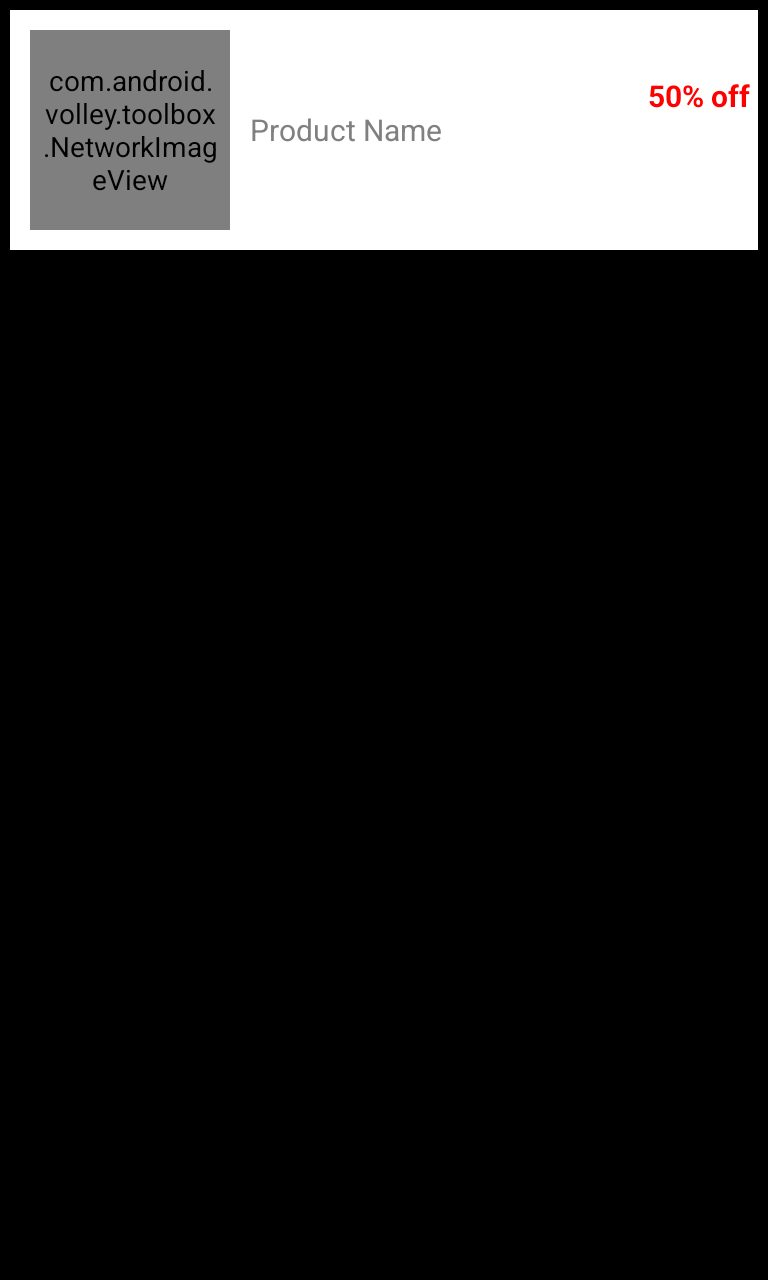
Repository: thisisdemo333/BigDiscount
Layout: BigDiscounts/res/layout/view_lv_search_list.xml
These files come from the project's save history. The layout is drawn as it stood at one moment and after the next save; the edit follows.
Pictures or frames that could not be fetched are drawn as grey boxes. It is drawn on a 768 x 1280 px phone screen (xhdpi) without system bars, with theme AppTheme; the app's code is not run.

Above is the layout before, as saved 2015-05-10 16:31:20.

After the next save:
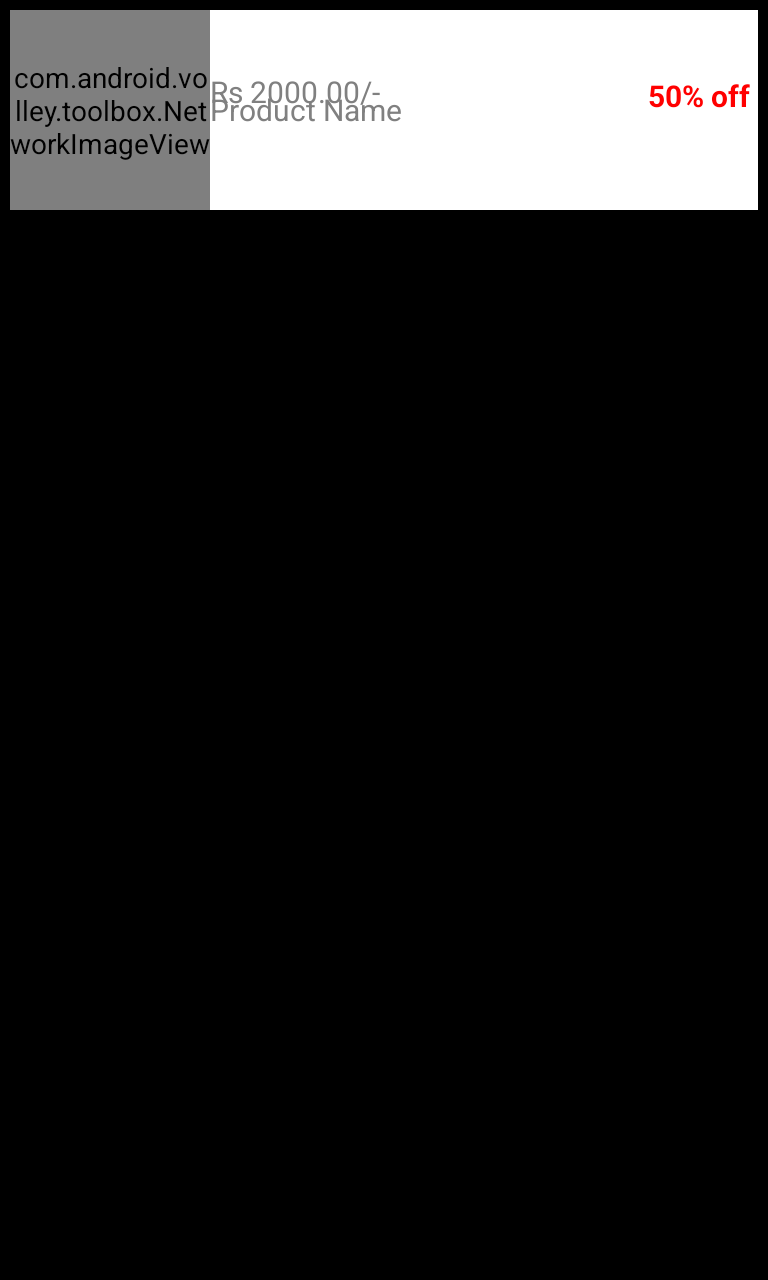
Saved 106 s later.
--- a/BigDiscounts/res/layout/view_lv_search_list.xml
+++ b/BigDiscounts/res/layout/view_lv_search_list.xml
@@ -3,8 +3,8 @@
     android:layout_width="match_parent"
     android:layout_height="wrap_content"
     android:background="@color/Black"
-    android:padding="@dimen/padding_5dp"
-    android:orientation="vertical" >
+    android:orientation="vertical"
+    android:padding="@dimen/padding_5dp" >
 
     <RelativeLayout
         android:id="@+id/relativeLayout"
@@ -27,11 +27,10 @@
                 android:id="@+id/iv_product_image"
                 android:layout_width="@dimen/dimen_search_item_image"
                 android:layout_height="@dimen/dimen_search_item_image"
-                android:layout_margin="@dimen/margin_10dp"
-                android:layout_marginLeft="@dimen/margin_10dp"
+                android:layout_alignParentLeft="true"
+                android:layout_alignParentTop="true"
                 android:focusable="false"
                 android:focusableInTouchMode="false"
-                android:padding="@dimen/margin_5dp"
                 android:scaleType="fitXY" />
         </RelativeLayout>
 
@@ -46,16 +45,15 @@
             android:textColor="@color/gray"
             android:textSize="@dimen/medium_text_size" />
 
-        <!-- <TextView -->
-        <!-- android:id="@+id/tv_product_selling_prise" -->
-        <!-- android:layout_width="wrap_content" -->
-        <!-- android:layout_height="wrap_content" -->
-        <!-- android:layout_below="@+id/tv_product_name" -->
-        <!-- android:layout_toRightOf="@+id/image_loader" -->
-        <!-- android:text="Rs 2000.00/-" -->
-        <!-- android:textColor="@color/gray" -->
-        <!-- android:textSize="@dimen/medium_text_size" /> -->
-
+        <TextView
+            android:id="@+id/tv_product_selling_prise"
+            android:layout_width="wrap_content"
+            android:layout_height="wrap_content"
+            android:layout_below="@+id/tv_product_name"
+            android:layout_toRightOf="@+id/image_loader"
+            android:text="Rs 2000.00/-"
+            android:textColor="@color/gray"
+            android:textSize="@dimen/medium_text_size" />
 
         <!-- <TextView -->
         <!-- android:id="@+id/tv_product_mrp" -->
